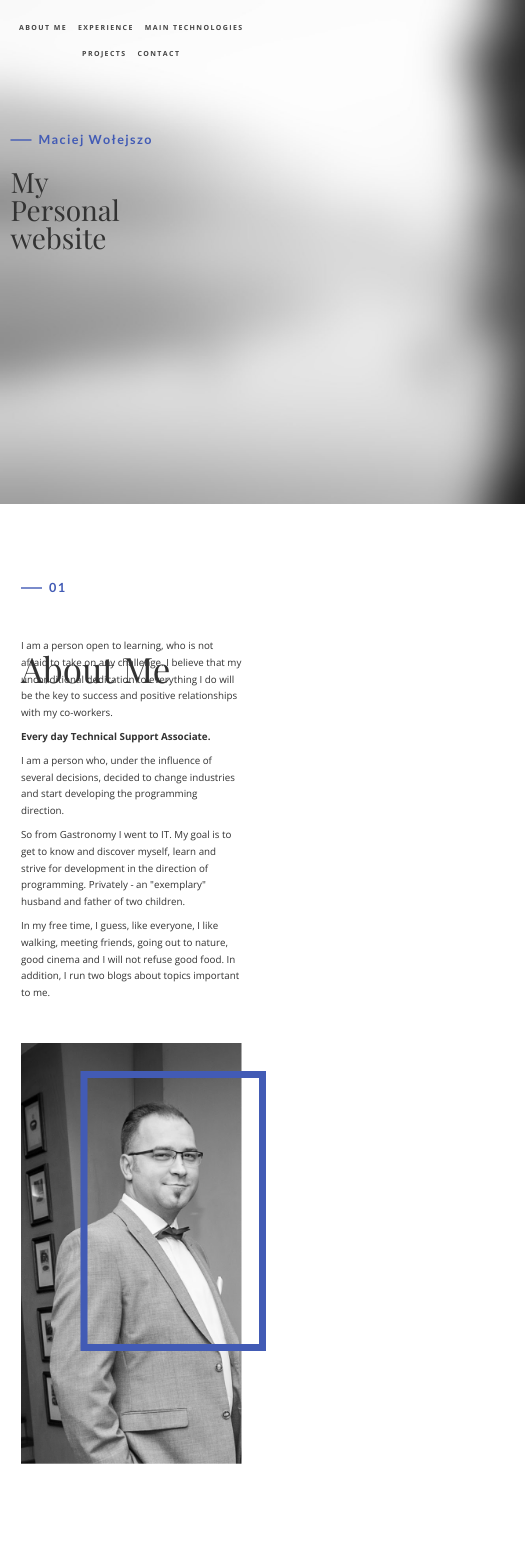
Repository: Maciej85Lodz/maciejwolejszo.pl
Page: index.html
These files come from the project's save history. The page is drawn as it stood at one moment and after the next save; the edit follows.
The browser window is 375 px wide. The page is 750 px wide, then 380 px, so the pictures cover 750 px, including what lies to the right of the window. The pictures show the part of the page from y = 0 to 2240 px (the page is 6569 px tall before and 6249 px after), at 70% of full size.
Some web fonts or font styles are not loaded; a fallback is used.

Above is the page before, as saved 2019-06-01 00:11:14.
Console error: TypeError: Cannot set properties of null (setting 'innerHTML')

After the next save:
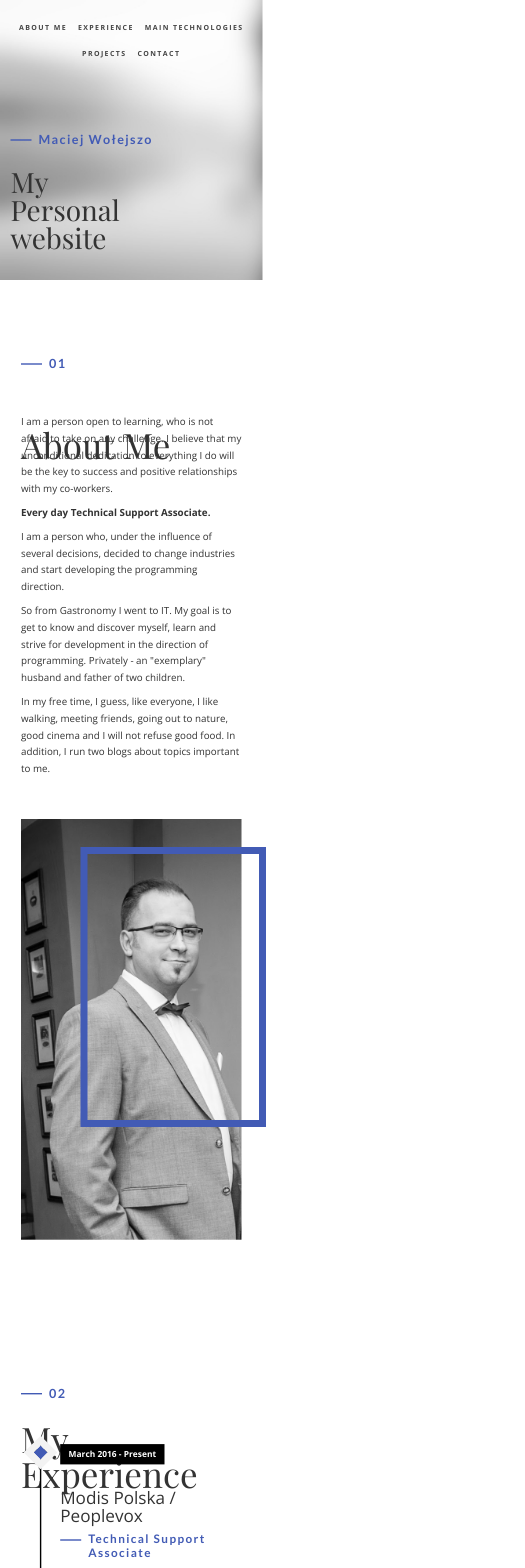
Saved 2 min 23 s later.
--- a/css/style.css
+++ b/css/style.css
@@ -278,7 +278,7 @@ a.active {
     background: url(../img/home-bg-2.jpg);
     background-size: cover;
     height: 90vh;
-    position: relatabsoluteive;
+    position: relative;
 }
 
 .table-cell {
@@ -784,9 +784,7 @@ fieldset {
         line-height: 40px;
         position: absolute;
     }
-    #home {
-        width: 200%
-    }
+    #home,
     .disply-table {
         height: 400px;
         position: relative;
